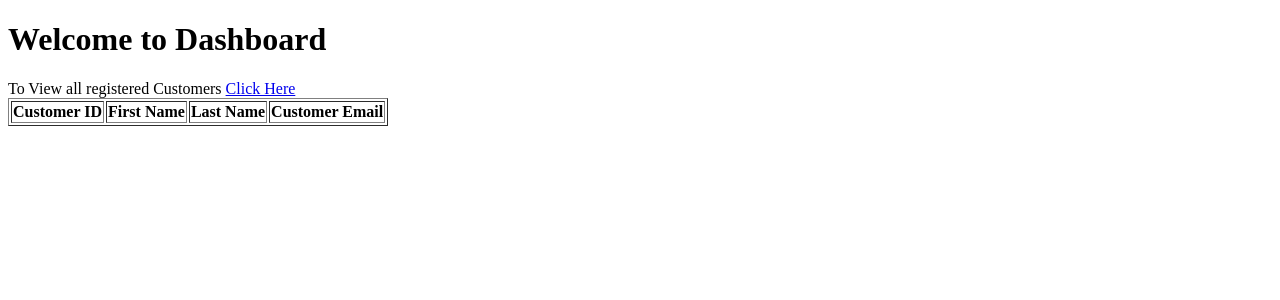
Repository: sach7691/eclipse-projects
Page: http://localhost/customer-management-application/dashboard.jsp
The author's editor kept a copy of each file at every save. The page is drawn from the files as they stood at one save, then again after the next save.
The browser window is 1280 px wide. The pictures show the whole page.
The page is served by Tomcat 9. The template is opened directly, without the code that normally fills it, so the values that code supplies are empty.

Above is the page before, as saved 2022-08-11 22:24:56.

After the next save:
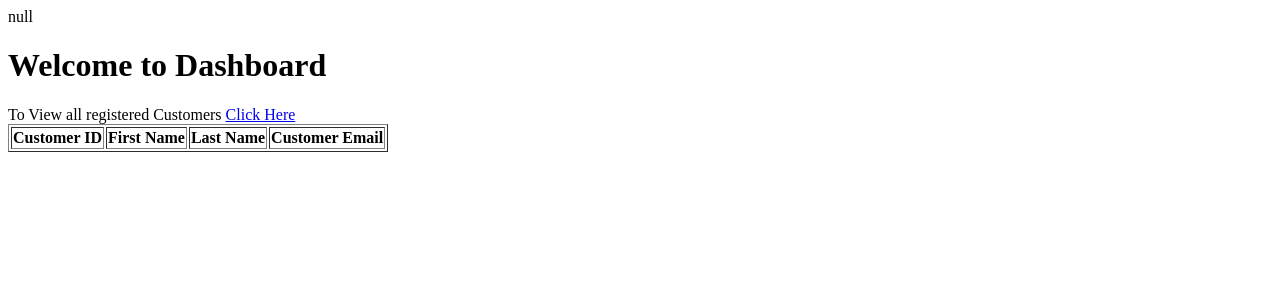
Saved 4 min 11 s later.
--- a/customer-management-application/src/main/webapp/dashboard.jsp
+++ b/customer-management-application/src/main/webapp/dashboard.jsp
@@ -13,6 +13,7 @@
 <body>
 <%
 List<Customer> cus = (List<Customer>)session.getAttribute("cList");
+out.println(cus);
 %>
 <h1>Welcome to Dashboard</h1>
 <label>To View all registered Customers</label>

After the 4 saves that followed:
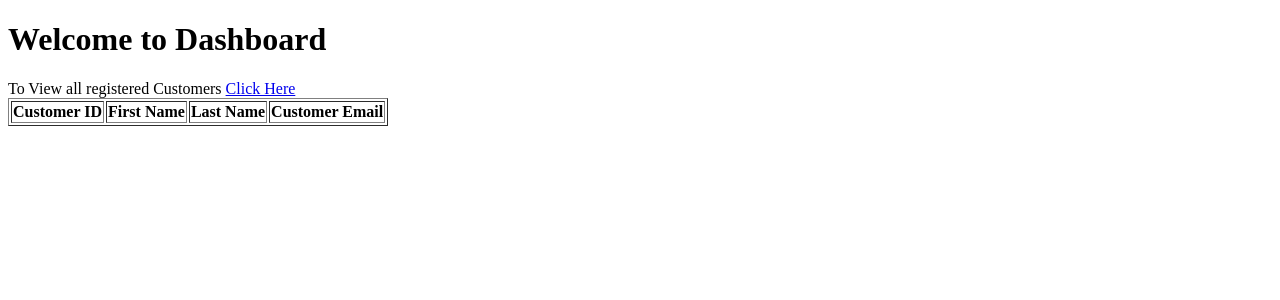
The 4 saves are shown as one change because 3 left the picture as it was.
The last was saved 14 min 16 s later.
--- a/customer-management-application/src/main/webapp/dashboard.jsp
+++ b/customer-management-application/src/main/webapp/dashboard.jsp
@@ -13,11 +13,10 @@
 <body>
 <%
 List<Customer> cus = (List<Customer>)session.getAttribute("cList");
-out.println(cus);
 %>
 <h1>Welcome to Dashboard</h1>
 <label>To View all registered Customers</label>
-<a href="dashboard.jsp">Click Here</a>
+<a href="http://localhost:8080/customer-management-application/listRegisteredCustomersServlet" method ="POST">Click Here</a>
 
 <table border="1">
   <tr>
